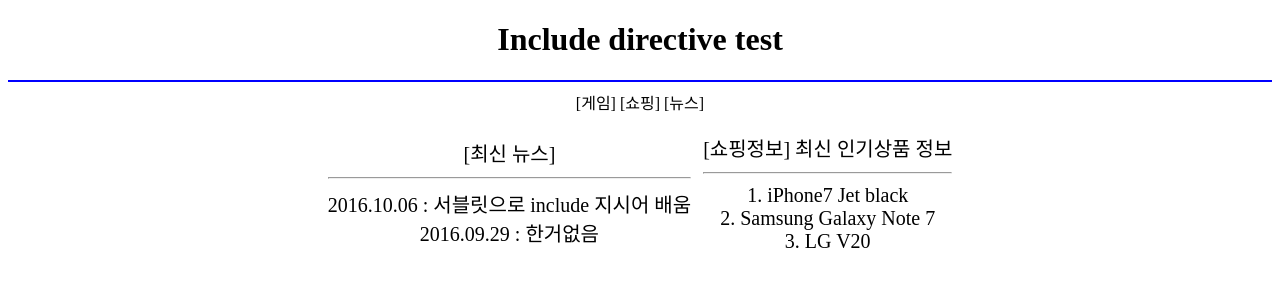
Repository: donggeonoh/My_Source
Page: http://localhost/WebProgramming/ch05/include_test.jsp
These files come from the project's save history. The page is drawn as it stood at one moment and after the next save; the edit follows.
The browser window is 1280 px wide. The pictures show the whole page.
The page is served by Tomcat 9. Other server files are loaded and not shown.

Above is the page before, as saved 2016-10-06 10:28:49.

### Web Source/WebProgramming/WebContent/ch05/include_test.jsp
<%@ page language="java" contentType="text/html; charset=UTF-8"
    pageEncoding="UTF-8"%>
<!DOCTYPE html PUBLIC "-//W3C//DTD HTML 4.01 Transitional//EN" "http://www.w3.org/TR/html4/loose.dtd">
<html>
<head>
<meta http-equiv="Content-Type" content="text/html; charset=UTF-8">
<title>Insert title here</title>
</head>
<body>

	<div align = "center">
		<h1>Include directive test</h1>
		<hr color="blue">

		<%@ include file = "include_menu.jsp" %>
		<p></p>

		<table>
			<tr align="center">
				<td style = "font-size : 20px"><%@include file = "include_news.jsp"%>
				<td width = "3px">&nbsp;</td>
				<td style = "font-size : 20px; align : left"><%@include file = "include_shopping.jsp"%>
			</tr>
		</table>
	</div>

</body>
</html>

### Web Source/WebProgramming/WebContent/ch05/include_menu.jsp
<%@ page language="java" contentType="text/html; charset=UTF-8"
    pageEncoding="UTF-8"%>
<!DOCTYPE html PUBLIC "-//W3C//DTD HTML 4.01 Transitional//EN" "http://www.w3.org/TR/html4/loose.dtd">

[게임] [쇼핑] [뉴스]

### Web Source/WebProgramming/WebContent/ch05/include_news.jsp
<%@ page language="java" contentType="text/html; charset=UTF-8"
    pageEncoding="UTF-8"%>
<!DOCTYPE html PUBLIC "-//W3C//DTD HTML 4.01 Transitional//EN" "http://www.w3.org/TR/html4/loose.dtd">

[최신 뉴스]<hr>

2016.10.06 : 서블릿으로 include 지시어 배움 <br>
2016.09.29 : 한거없음 <br>

### Web Source/WebProgramming/WebContent/ch05/include_shopping.jsp
<%@ page language="java" contentType="text/html; charset=UTF-8"
    pageEncoding="UTF-8"%>
<!DOCTYPE html PUBLIC "-//W3C//DTD HTML 4.01 Transitional//EN" "http://www.w3.org/TR/html4/loose.dtd">

[쇼핑정보] 최신 인기상품 정보 <hr>

1. iPhone7 Jet black <br>
2. Samsung Galaxy Note 7 <br>
3. LG V20<br>

After the next save:
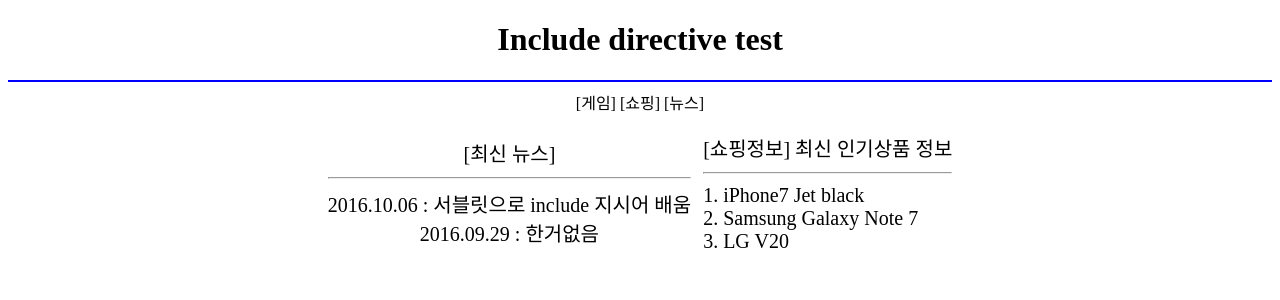
Saved 13 s later.
--- a/Web Source/WebProgramming/WebContent/ch05/include_test.jsp
+++ b/Web Source/WebProgramming/WebContent/ch05/include_test.jsp
@@ -19,7 +19,7 @@
 			<tr align="center">
 				<td style = "font-size : 20px"><%@include file = "include_news.jsp"%>
 				<td width = "3px">&nbsp;</td>
-				<td style = "font-size : 20px; align : left"><%@include file = "include_shopping.jsp"%>
+				<td style = "font-size : 20px;" align = "left"><%@include file = "include_shopping.jsp"%>
 			</tr>
 		</table>
 	</div>
